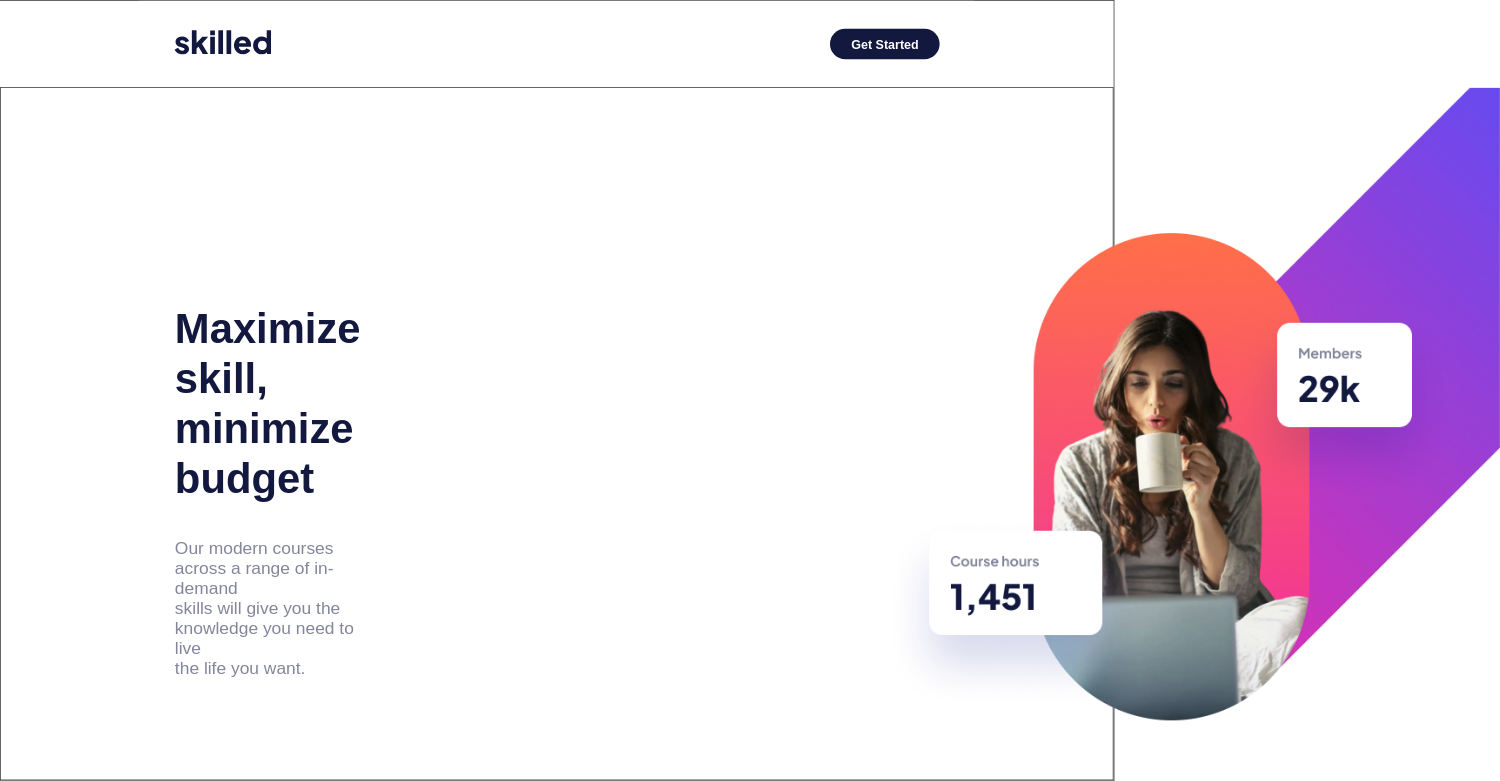
Repository: exe-walt/E-Learning-Landing-Page
Page: index.html
An editor plug-in stored every save of this project. The page is shown before and after the next save, followed by the edit.
The browser window is 1280 px wide. The page is 1724 px wide, then 1644 px, then 1724 px, so the pictures cover 1724 px, including what lies to the right of the window. The pictures show the whole page, at 87% of full size.
Some web fonts or font styles are not loaded; a fallback is used.

Above is the page before, as saved 2025-05-27 20:57:20.

After the next save:
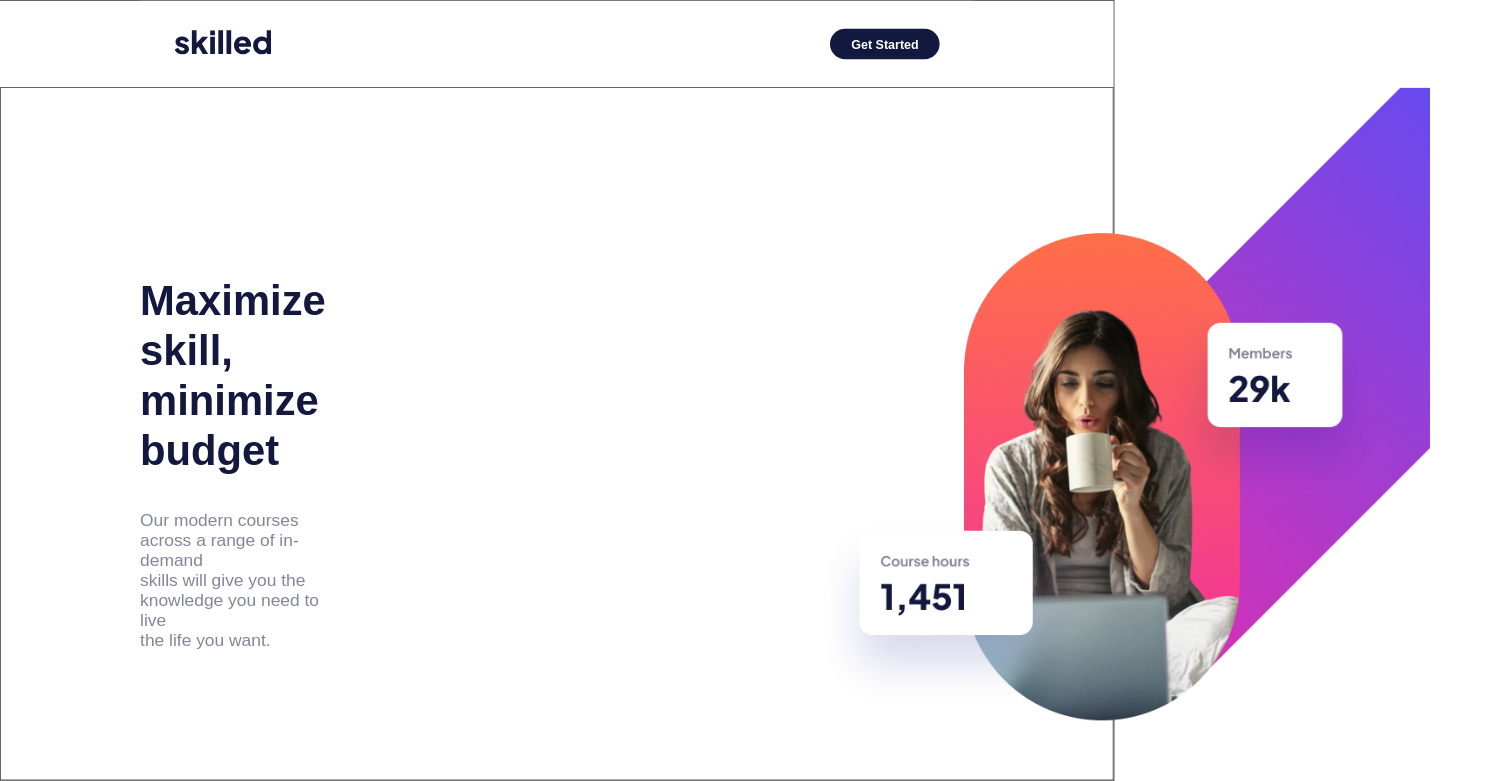
Saved 26 s later.
--- a/css/style.css
+++ b/css/style.css
@@ -65,8 +65,7 @@ body {
 
 .hero-text{
   margin-left: 10em;
-  padding: 2rem 2.5rem;
-  margin-top: 11em;
+   margin-top: 11em;
 
 }
 

After the save that followed:
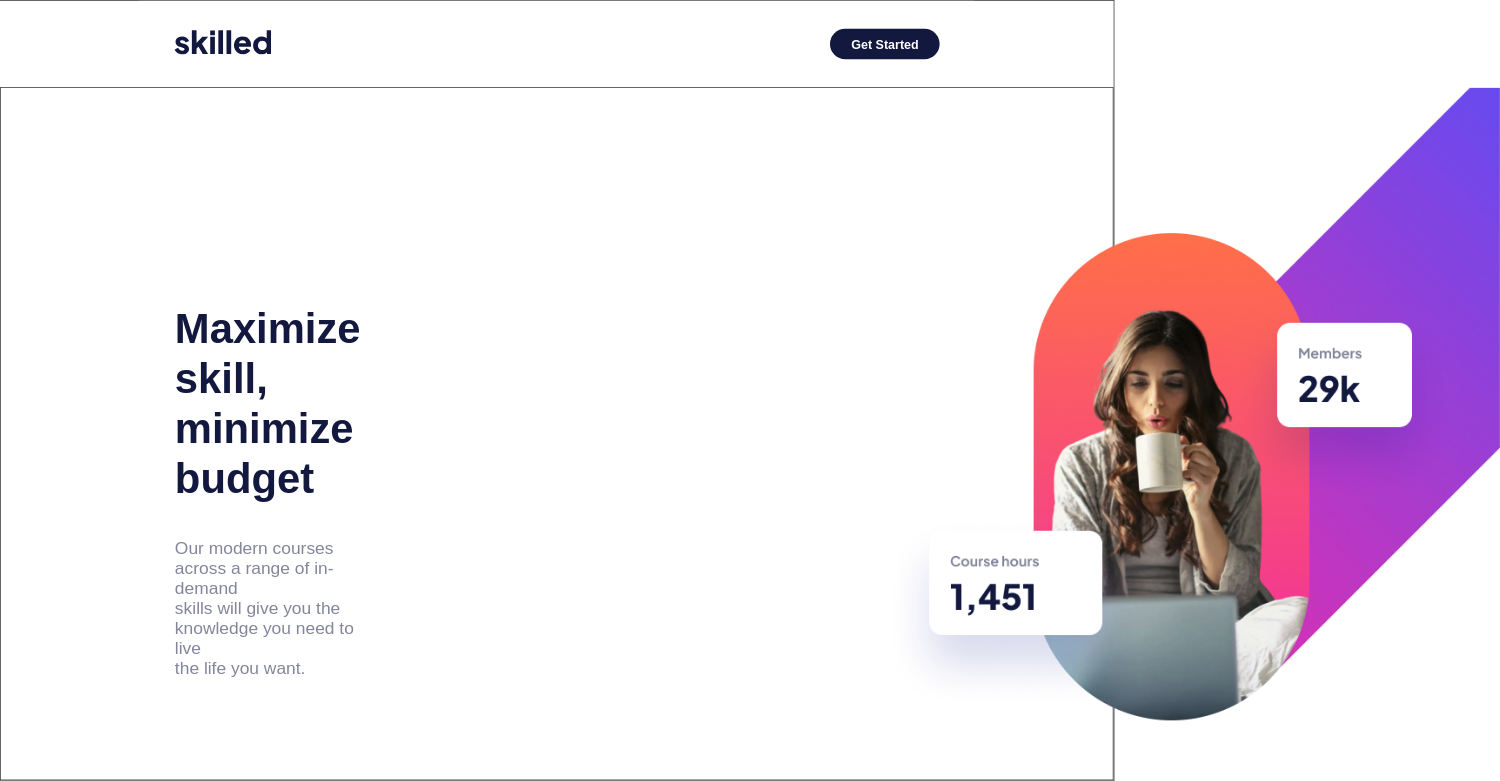
Saved 4 s later.
--- a/css/style.css
+++ b/css/style.css
@@ -65,7 +65,8 @@ body {
 
 .hero-text{
   margin-left: 10em;
-   margin-top: 11em;
+  padding: 2rem 2.5rem;
+  margin-top: 11em;
 
 }
 
